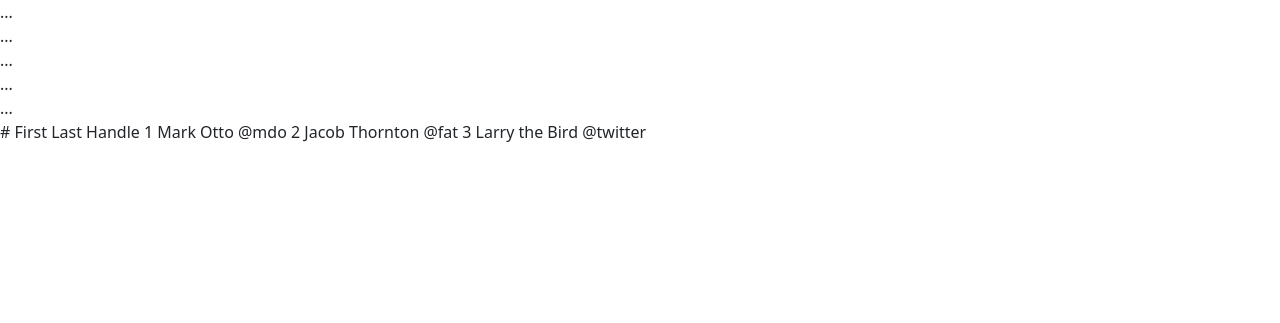
Repository: arunyerram/Web-TEChnologies
Page: BootstrapTables.html
An editor plug-in stored every save of this project. The page is shown before and after the next save, followed by the edit.
The browser window is 1280 px wide. The pictures show the whole page.

Above is the page before, as saved 2025-02-21 12:09:32.

After the next save:
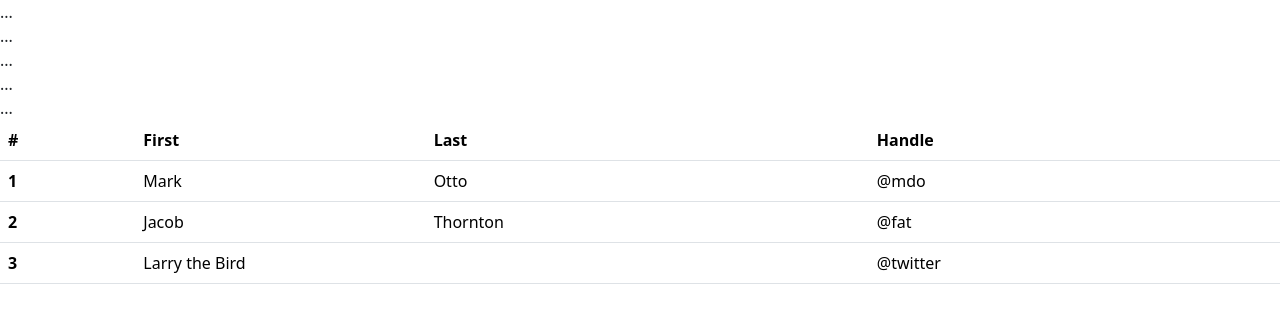
Saved 13 s later.
--- a/BootstrapTables.html
+++ b/BootstrapTables.html
@@ -13,7 +13,7 @@
 <table class="table-warning">...</table>
 <table class="table-info">...</table>
 <table class="table-light">...</table>
-<table class="table-dark">...</table
+<table class="table-dark">...</table>
     <table class="table">
         <thead>
           <tr>
